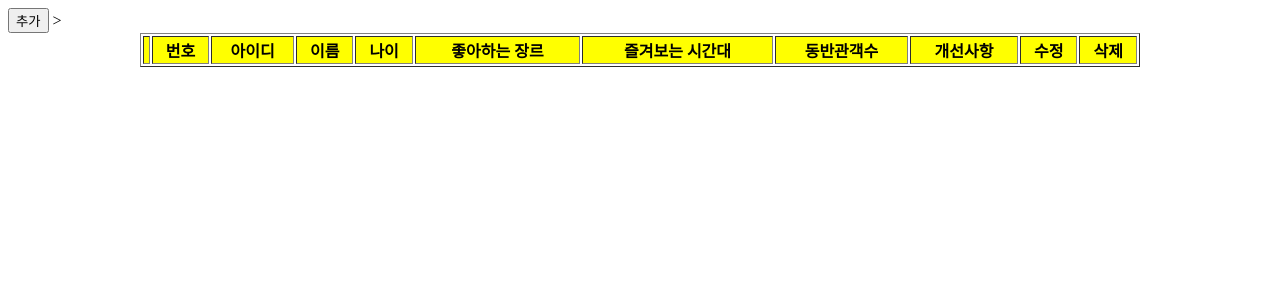
Repository: uj06134/Metabuild_JSP
Page: http://localhost/05_JDBC_movie/select.jsp
The author's editor kept a copy of each file at every save. The page is drawn from the files as they stood at one save, then again after the next save.
The browser window is 1280 px wide. The pictures show the whole page.
The page is served by Tomcat 9. Other server files are loaded and not shown. Queries for data that is not in the repository find no rows.

Above is the page before, as saved 2025-09-12 08:04:41.

### 05_JDBC_movie/src/main/webapp/select.jsp
<%@ page language="java" contentType="text/html; charset=UTF-8"
    pageEncoding="UTF-8"%>
<%@ page import = "java.util.*" %>
<%@ page import = "myPkg.*" %>

<!-- MovieDao 객체 생성 -->
<jsp:useBean id="bdao" class="myPkg.MovieDao"/>

<!-- getAllMovie 메서드 호출 -->
<%
	ArrayList<MovieBean> list = bdao.getAllMovie();
%>

<style type="text/css">
    table {
        width: 1000px;
        margin: auto;
        text-align: center;
    }

    table th {
        background-color: Yellow;
    }
</style>
<input type="button" value="추가" onClick="location.href='insertForm.jsp'">
<table border ="1">
	<tr>
		<th></th>>
		<th>번호</th>
		<th>아이디</th>
		<th>이름</th>
		<th>나이</th>
		<th>좋아하는 장르</th>
		<th>즐겨보는 시간대</th>
		<th>동반관객수</th>
		<th>개선사항</th>
		<th>수정</th>
		<th>삭제</th>
	</tr>
		<%for(MovieBean mb : list){%>
		<tr>
			<td><%= mb.getNum()%></td>
			<td><%= mb.getId() %></td>
			<td><%= mb.getName() %></td>
			<td><%= mb.getAge() %></td>
			<td><%= mb.getGenre() %></td>
			<td><%= mb.getTime() %></td>
			<td><%= mb.getPartner() %></td>
			<td><%= mb.getMemo()%></td>
			<td><a href = "updateForm.jsp?num=<%= mb.getNum() %>">수정</a></td>
			<td><a href = "deleteProc.jsp?num=<%= mb.getNum() %>">삭제</a></td>

		</tr>
		<%} %>
</table>

### 05_JDBC_movie/src/main/java/myPkg/MovieDao.java
package myPkg;

import java.sql.Connection;
import java.sql.DriverManager;
import java.sql.PreparedStatement;
import java.sql.ResultSet;
import java.sql.SQLException;
import java.util.ArrayList;

public class MovieDao {
	String driver = "oracle.jdbc.driver.OracleDriver";
    String url = "jdbc:oracle:thin:@localhost:1521:orcl";
    String id = "sqlid";
    String pw = "sqlpw";
    Connection conn = null;
    PreparedStatement ps = null;
	ResultSet rs = null;

	public MovieDao() {
		try {
			Class.forName(driver);
			System.out.println("드라이버 성공");
		} catch (ClassNotFoundException e) {
			e.printStackTrace();
		}
	}

	public void getConnection() {
		try {
			conn = DriverManager.getConnection(url, id, pw);
			System.out.println("접속 성공");
		} catch (SQLException e) {
			e.printStackTrace();
		}
	}

	public ArrayList<MovieBean> getAllMovie() {
		getConnection();
		ArrayList<MovieBean> list = new ArrayList<MovieBean>();
		try {
			String sql = "select * from movie order by num";
			ps = conn.prepareStatement(sql);
			rs = ps.executeQuery();

			while(rs.next()) {
				int num = rs.getInt("num");
				String id = rs.getString("id");
				String name = rs.getString("name");
				int age = rs.getInt("age");
				String genre = rs.getString("genre");
				String time = rs.getString("time");
				int partner = rs.getInt("partner");
				String memo = rs.getString("memo");

				MovieBean mb = new MovieBean(num, id, name, age, genre, time, partner, memo);

				list.add(mb);
			}
		} catch (SQLException e) {
			e.printStackTrace();
		} finally {
			try {
				if(rs != null)
					rs.close();
				if(ps != null)
					ps.close();
				if(conn != null)
					conn.close();
			} catch(SQLException e) {
				e.printStackTrace();
			}
		}
		return list;
	}// getAllMovie

	public int insertMovie(MovieBean mb) {
		getConnection();
		int cnt = -1;
		String sql = "insert into movie values(mv_seq.nextval, ?, ?, ?, ?, ?, ?, ?)";
		try {
			ps = conn.prepareStatement(sql);
			ps.setString(1, mb.getId());
			ps.setString(2, mb.getName());
			ps.setInt(3, mb.getAge());
			ps.setString(4, mb.getGenre());
			ps.setString(5, mb.getTime());
			ps.setInt(6, mb.getPartner());
			ps.setString(7, mb.getMemo());

			cnt = ps.executeUpdate();
		} catch (SQLException e) {
			e.printStackTrace();
		} finally {
			try {
				if(ps != null)
					ps.close();
				if(conn != null)
					conn.close();
			} catch(SQLException e) {
				e.printStackTrace();
			}
		}
		return cnt;
	}// insertMovie

	public MovieBean getMovieByNum(String num) {
		getConnection();
		MovieBean mb = null;
		try {
			String sql = "select * from movie where num = ?";
			ps = conn.prepareStatement(sql);
			ps.setInt(1, Integer.parseInt(num));
			rs = ps.executeQuery();
			if(rs.next()) {
				int num2 = rs.getInt("num");
				String id = rs.getString("id");
				String name = rs.getString("name");
				int age = rs.getInt("age");
				String genre = rs.getString("genre");
				String time = rs.getString("time");
				int partner = rs.getInt("partner");
				String memo = rs.getString("memo");

				mb = new MovieBean(num2, id, name, age, genre, time, partner, memo);

			}
		} catch (SQLException e) {
			e.printStackTrace();
		} finally {
			try {
				if(rs != null)
					rs.close();
				if(ps != null)
					ps.close();
				if(conn != null)
					conn.close();
			} catch(SQLException e) {
				e.printStackTrace();
			}
		}
		return mb;
	}// getMovieByNum

	public int updateMovie(MovieBean mb) {
		getConnection();
		int cnt = -1;
		try {
			String sql = "update movie set id=?, name=?, age=?, genre=?, time=?, partner=?, memo=? where num=?";
			ps = conn.prepareStatement(sql);
			ps.setString(1, mb.getId());
			ps.setString(2, mb.getName());
			ps.setInt(3, mb.getAge());
			ps.setString(4, mb.getGenre());
			ps.setString(5, mb.getTime());
			ps.setInt(6, mb.getPartner());
			ps.setString(7, mb.getMemo());
			ps.setInt(8, mb.getNum());

			cnt = ps.executeUpdate();

		} catch (SQLException e) {
			e.printStackTrace();
		} finally {
			try {
				if(ps != null)
					ps.close();
				if(conn != null)
					conn.close();
			} catch(SQLException e) {
				e.printStackTrace();
			}
		}
	return cnt;
	}// updateMovie

	public boolean searchId(String userid){
		getConnection();
		boolean flag = false;
		try {
			String sql = "select * from movie where id=?";
			ps = conn.prepareStatement(sql);
			ps.setString(1, userid);
			rs = ps.executeQuery();
			while(rs.next()) {
				flag = true; // 이미 존재
			}
		} catch (SQLException e) {
			e.printStackTrace();
		} finally {
			try {
				if(rs != null)
					rs.close();
				if(ps != null)
					ps.close();
				if(conn != null)
					conn.close();
			} catch(SQLException e) {
				e.printStackTrace();
			}
		}
		return flag;
	}// searchId

	public int deleteMovie(String num) {
        getConnection();
        int cnt = -1;
        try {
        	String sql = "delete from movie where num = ?";
            ps = conn.prepareStatement(sql);
            ps.setInt(1, Integer.parseInt(num));
            cnt = ps.executeUpdate();
        } catch (SQLException e) {
            e.printStackTrace();
        }finally {
            try {
                if(conn != null) conn.close();
                if(ps != null) ps.close();
            } catch (SQLException e) {
                e.printStackTrace();
            }
        }
        return cnt;
    }// deleteMovie

}

After the next save:
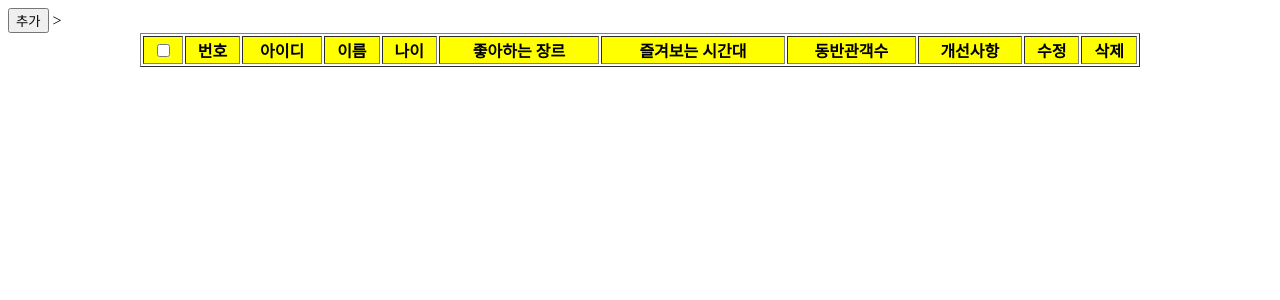
Saved 21 s later.
--- a/05_JDBC_movie/src/main/webapp/select.jsp
+++ b/05_JDBC_movie/src/main/webapp/select.jsp
@@ -25,7 +25,7 @@
 <input type="button" value="추가" onClick="location.href='insertForm.jsp'">
 <table border ="1">
 	<tr>
-		<th></th>>
+		<th><input type="checkbox" name="allcheck"></th>>
 		<th>번호</th>
 		<th>아이디</th>
 		<th>이름</th>
